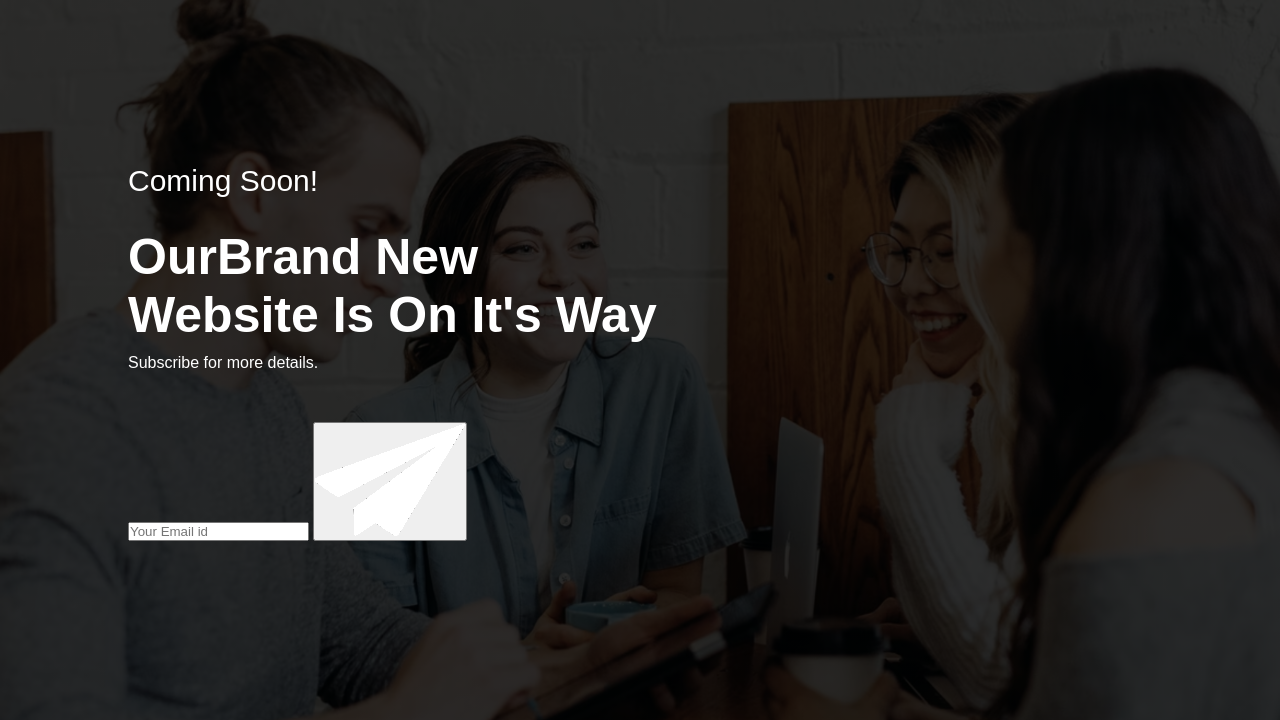
Repository: AbdullahOwais-Dev/Email-Subscription
Page: index.html
The author's editor kept a copy of each file at every save. The page is drawn from the files as they stood at one save, then again after a run of saves.
The browser window is 1280 px wide. The pictures show the whole page.

Above is the page before, as saved 2025-02-07 23:38:13.

### index.html
<!DOCTYPE html>
<html lang="en">
<head>
    <meta charset="UTF-8">
    <meta name="viewport" content="width=device-width, initial-scale=1.0">
    <link rel="stylesheet" href="style.css">
    <link rel="shortcut icon" href="images/icon.png" type="image/x-icon">
    <title>Email Subscription</title>
</head>
<body>

    <div class="hero">
        <h3>Coming Soon!</h3>
        <h1>OurBrand New<br>Website Is On It's Way</h1>
        <p>Subscribe for more details.</p>
        <form>
            <input type="email" name="email" placeholder="Your Email id" required>
            <button type="submit"><img src="images/send-icon.png"></button>
        </form>
    </div>


    <style>

    </style>
</body>
</html>

### style.css
*{
    margin: 0;
    padding: 0;
    box-sizing: border-box;
    font-family: 'poppins', sans-serif;
}
.hero{
    width: 100%;
    height: 100vh;
    background-image: linear-gradient(rgba(0,0,0,0.8), rgba(0,0,0,0.8)), url(images/background.png);
    background-size: cover;
    background-position: center;
    padding: 10px 10%;
    color: #fff;
}
.hero h3{
    margin-top: 15%;
    font-weight: 400;
    font-size: 30px;
}
.hero h1{
    margin-top: 30px;
    font-size: 50px;
}
.hero p{
    margin: 10px 0 50px;
}

After the next 3 saves:
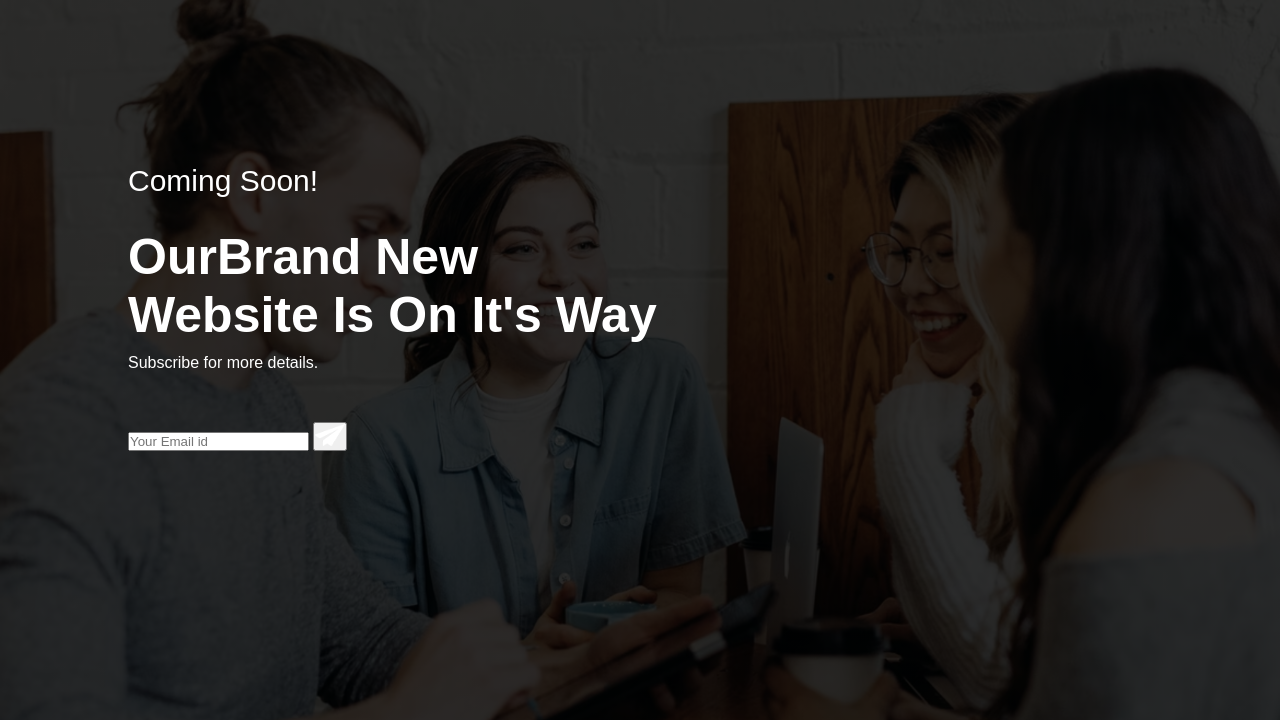
The 3 saves are shown as one change because they came seconds apart.
The last was saved 18 s later.
--- a/index.html
+++ b/index.html
@@ -15,7 +15,7 @@
         <p>Subscribe for more details.</p>
         <form>
             <input type="email" name="email" placeholder="Your Email id" required>
-            <button type="submit"><img src="images/send-icon.png"></button>
+            <button type="submit"><img src="images/send-icon.png" width="30px"></button>
         </form>
     </div>
 
